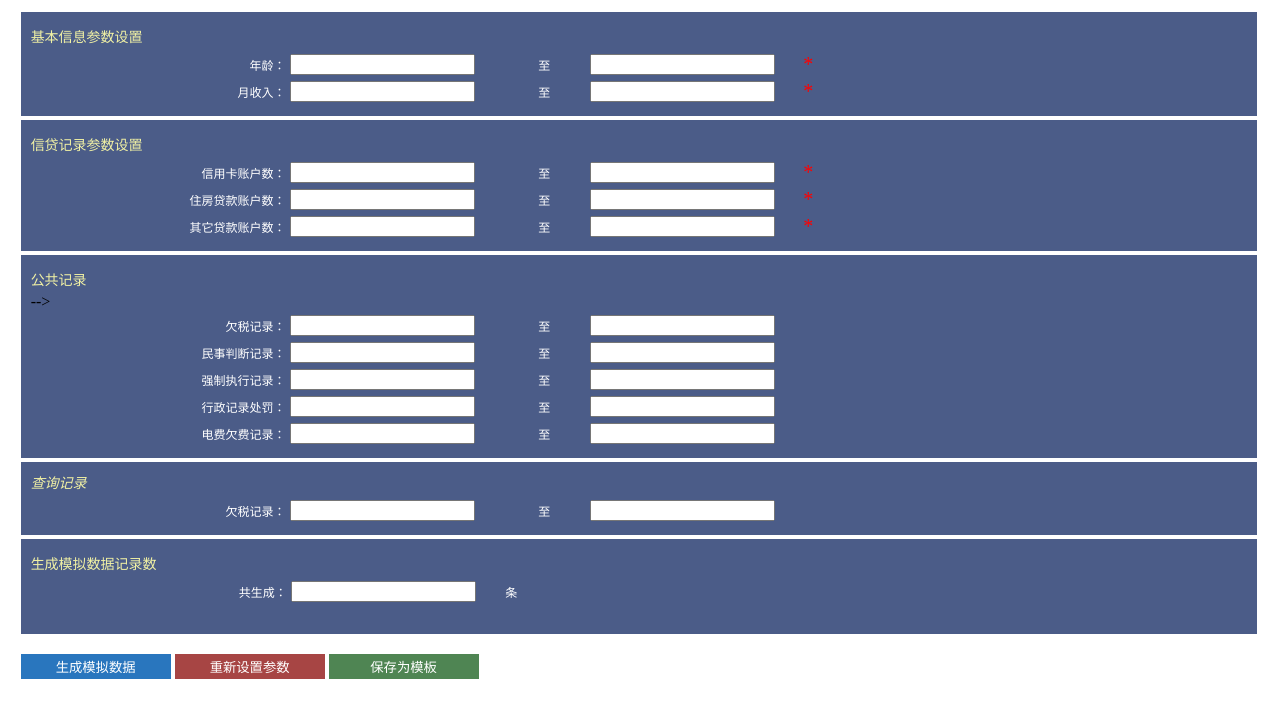
Repository: trieyouth/BigData
Page: http://localhost/BigData/WEB-INF/views/client-credit-analyse-system/data-collect/generateData.jsp
These files come from the project's save history. The page is drawn as it stood at one moment and after the next save; the edit follows.
The browser window is 1280 px wide. The pictures show the whole page.
The page is served by Tomcat 9. Nobody is signed in. The template is opened directly, without the code that normally fills it, so the values that code supplies are empty.

Above is the page before, as saved 2016-03-06 16:32:55.

After the next save:
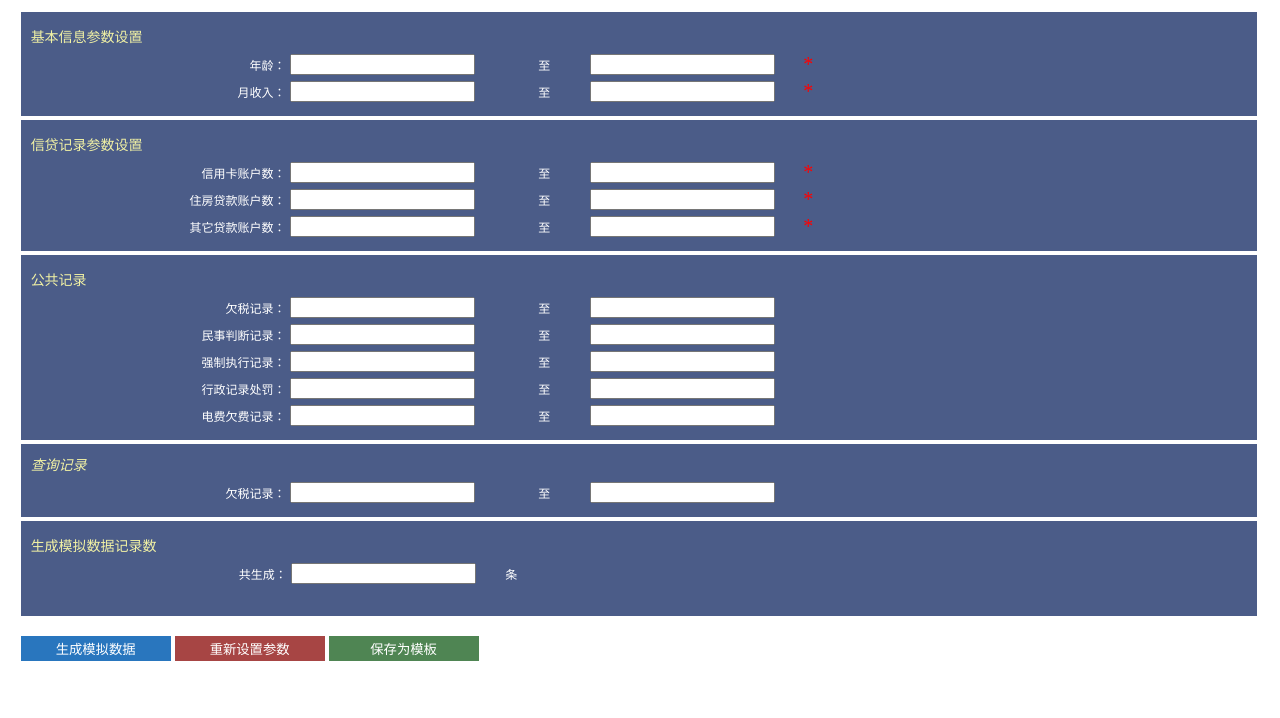
Saved 91 s later.
--- a/BigData/WebRoot/WEB-INF/views/client-credit-analyse-system/data-collect/generateData.jsp
+++ b/BigData/WebRoot/WEB-INF/views/client-credit-analyse-system/data-collect/generateData.jsp
@@ -119,8 +119,8 @@ String basePath = request.getScheme()+"://"+request.getServerName()+":"+request.
         <td width="25%"  height="25"  ><label id="labelbody" >
             <input  type="text" id="inputwidth" name="maxOwingTaxes" >
           </label></td>
-         <td width="10%"  height="25"  style="text-align:center"  ><label id="labelbody" > </label></td> -->
-      </tr>
+         <td width="10%"  height="25"  style="text-align:center"  ><label id="labelbody" > </label></td>
+         </tr>
       <tr>
         <td width="30%"  height="25"  style="text-align:right" ><label id="labelbody" > 民事判断记录： </label></td>
         <td width="25%"  height="25"  ><label id="labelbody" >
